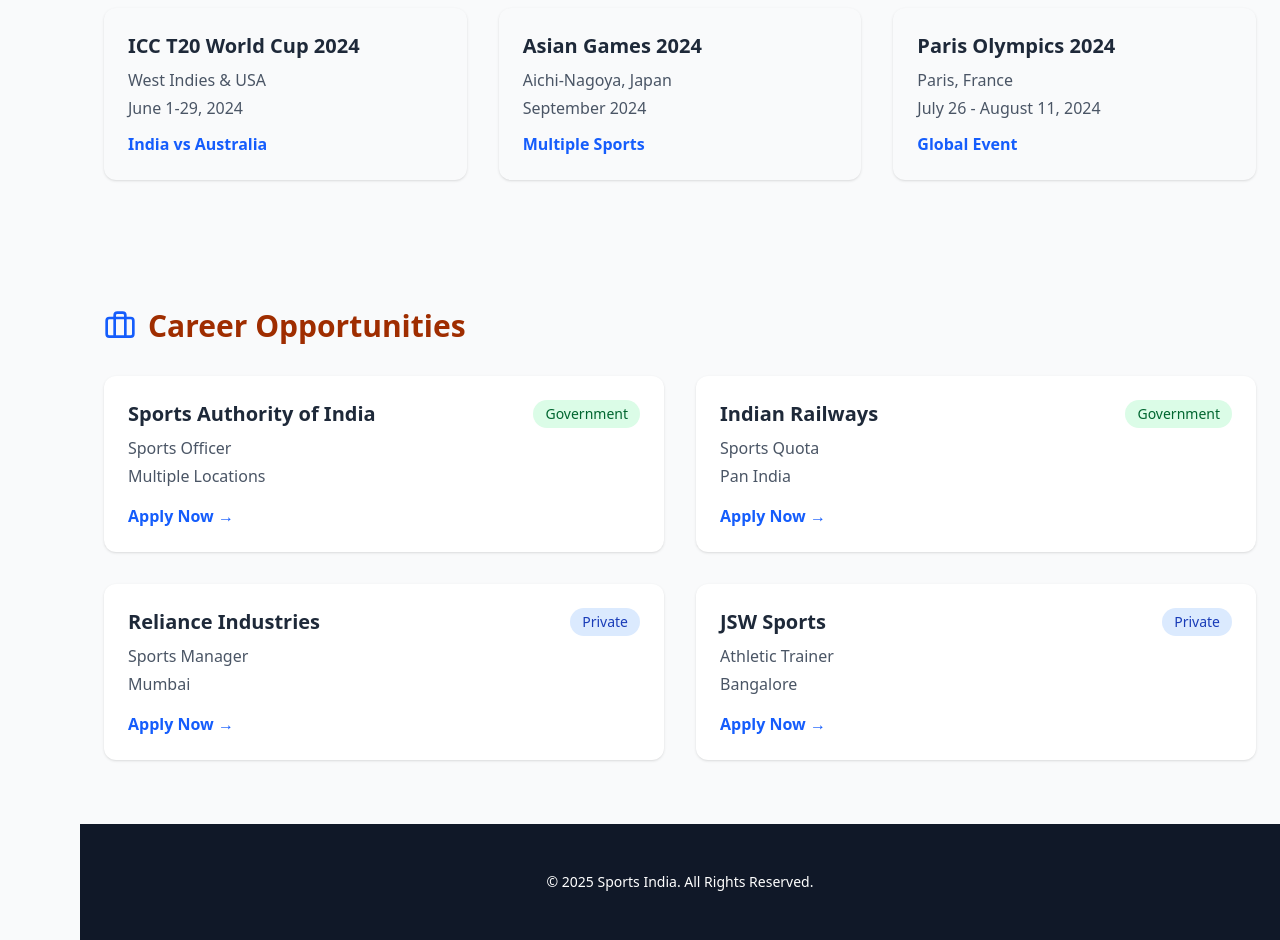
Repository: Shovon0004/Athlete
Page: / (app in Athlete/), after clicking the first element matching `button.hover\:bg-orange-700`
The author's editor kept a copy of each file at every save. The page is drawn from the files as they stood at one save, then again after a run of saves.
The browser window is 1280 px wide. The pictures show the part of the page from y = 724 to 1676 px (the page is 1664 px tall before and 1676 px after).
The project was rebuilt for these pictures with package versions that can differ from the ones it lists, and the page was loaded fresh each time. Also part of the build but not shown: Athlete/vite.config.js.

Above is the page before, as saved 2025-01-26 12:48:05.

### Athlete/src/App.jsx
import { useState } from 'react'
import SideNavbar from './components/SideNavbar'
import HeroPage from './components/HeroPage'

import './App.css'

function App() {


  return (
    <>
      <SideNavbar />
      <HeroPage />
    </>
  )
}

export default App

### Athlete/src/components/SideNavbar.jsx
import React, { useState } from 'react';
import {
  Home,
  User,
  BarChart2,
  Shield,
  DollarSign,
  Menu
} from 'lucide-react';

const SideNavbar = () => {
  const [isExpanded, setIsExpanded] = useState(false);

  const navItems = [
    { icon: Home, label: 'Dashboard', href: '/' },
    { icon: User, label: 'Athletes', href: '/athletes' },
    { icon: BarChart2, label: 'Performance', href: '/performance' },
    { icon: Shield, label: 'Injuries', href: '/injuries' },
    { icon: DollarSign, label: 'Financial', href: '/financial' }
  ];

  return (
    <div
      className={`h-screen bg-gray-900 text-white transition-all duration-300
        ${isExpanded ? 'w-64' : 'w-20'} fixed left-0 top-0 z-50`}
    >
      <div className="flex flex-col h-full">
        {/* Logo & Toggle */}
        <div className="flex items-center justify-between p-4  border-orange-700">
          {isExpanded && (
            <div className="text-xl font-bold">Athlete Hub</div>
          )}
          <button
            onClick={() => setIsExpanded(!isExpanded)}
            className="hover:bg-orange-700 p-2 rounded"
          >
            <Menu />
          </button>
        </div>

        {/* Navigation Items */}
        <nav className="flex-grow mt-4">
          <ul className="space-y-2">
            {navItems.map((item, index) => (
              <li key={index}>
                <a
                  href={item.href}
                  className={`flex items-center p-3 hover:bg-orange-700
                    ${isExpanded ? 'justify-start px-6' : 'justify-center'}`}
                >
                  <item.icon className="mr-4" />
                  {isExpanded && <span>{item.label}</span>}
                </a>
              </li>
            ))}
          </ul>
        </nav>
      </div>
    </div>
  );
};

export default SideNavbar;

### Athlete/src/components/HeroPage.jsx
import React from 'react';
import { ChevronLeft, ChevronRight, Medal, Calendar, Briefcase } from 'lucide-react';
import axios from 'axios';

import SportsPage from './SportsPage';

const schemes = [
  {
    title: "Khelo India Youth Games",
    description: "Supporting young athletes with annual scholarships of ₹5 lakhs",
    image: "https://images.unsplash.com/photo-1461896836934-ffe607ba8211?auto=format&fit=crop&q=80&w=2070"
  },
  {
    title: "Target Olympic Podium Scheme (TOPS)",
    description: "Elite athlete support program for Olympic preparation",
    image: "https://www.manoramayearbook.in/content/dam/yearbook/learn/world/images/2020/mar/Olympics-2021.jpg"
  },
  {
    title: "National Sports Development Fund",
    description: "Financial assistance for sports infrastructure and training",
    image: "https://images.unsplash.com/photo-1517649763962-0c623066013b?auto=format&fit=crop&q=80&w=2070"
  }
];

const upcomingMatches = [
  {
    event: "ICC T20 World Cup 2024",
    location: "West Indies & USA",
    date: "June 1-29, 2024",
    teams: "India vs Australia"
  },
  {
    event: "Asian Games 2024",
    location: "Aichi-Nagoya, Japan",
    date: "September 2024",
    teams: "Multiple Sports"
  },
  {
    event: "Paris Olympics 2024",
    location: "Paris, France",
    date: "July 26 - August 11, 2024",
    teams: "Global Event"
  }
];

const jobOpportunities = [
  {
    company: "Sports Authority of India",
    position: "Sports Officer",
    type: "Government",
    location: "Multiple Locations"
  },
  {
    company: "Indian Railways",
    position: "Sports Quota",
    type: "Government",
    location: "Pan India"
  },
  {
    company: "Reliance Industries",
    position: "Sports Manager",
    type: "Private",
    location: "Mumbai"
  },
  {
    company: "JSW Sports",
    position: "Athletic Trainer",
    type: "Private",
    location: "Bangalore"
  }
];

function HeroPage() {
  const [currentScheme, setCurrentScheme] = React.useState(0);

  const nextScheme = () => {
    setCurrentScheme((prev) => (prev + 1) % schemes.length);
  };

  const prevScheme = () => {
    setCurrentScheme((prev) => (prev - 1 + schemes.length) % schemes.length);
  };


  return (
    <div className="min-h-screen bg-gray-50 pl-20 dark:bg-gray-900">
      {/* Hero Section with Schemes Slider */}
      <div className="relative h-[600px] overflow-hidden">
        <div
          className="absolute inset-0 transition-transform duration-500 ease-in-out"
          style={{
            backgroundImage: `url(${schemes[currentScheme].image})`,
            backgroundSize: 'cover',
            backgroundPosition: 'center',
          }}
        >
          <div className="absolute inset-0  bg-opacity-50">
            <div className="container mx-auto px-6 h-full flex items-center">
              <div className="text-white max-w-3xl">
                <h1 className="text-5xl font-bold mb-4">{schemes[currentScheme].title}</h1>
                <p className="text-xl mb-8">{schemes[currentScheme].description}</p>
                <button className="bg-orange-700 hover:bg-orange-800 text-white px-8 py-3 rounded-lg font-semibold">
                  Learn More
                </button>
              </div>
            </div>
          </div>
        </div>
        <button
          onClick={prevScheme}
          className="absolute left-4 top-1/2 -translate-y-1/2 bg-white/30 p-2 rounded-full hover:bg-white/50 transition-colors"
        >
          <ChevronLeft className="w-6 h-6 text-white" />
        </button>
        <button
          onClick={nextScheme}
          className="absolute right-4 top-1/2 -translate-y-1/2 bg-white/30 p-2 rounded-full hover:bg-white/50 transition-colors"
        >
          <ChevronRight className="w-6 h-6 text-white" />
        </button>
      </div>

      {/* Upcoming Matches Section */}
      <section className="py-16 ">
        <div className="container mx-auto px-6">
          <div className="flex items-center mb-8">
            <Calendar className="w-8 h-8 text-blue-600 mr-3" />
            <h2 className="text-3xl font-bold text-orange-800">Upcoming Matches</h2>
          </div>
          <div className="grid md:grid-cols-3 gap-8">
            {upcomingMatches.map((match, index) => (
              <div key={index} className="bg-gray-50 rounded-xl p-6 shadow-sm hover:shadow-md transition-shadow">
                <h3 className="text-xl font-semibold text-gray-800 mb-2">{match.event}</h3>
                <p className="text-gray-600 mb-1">{match.location}</p>
                <p className="text-gray-600 mb-3">{match.date}</p>
                <p className="text-blue-600 font-semibold">{match.teams}</p>
              </div>
            ))}
          </div>
        </div>
      </section>

      {/* Career Opportunities Section */}
      <section className="py-16 bg-gray-50 dark:bg-gray-900">
        <div className="container mx-auto px-6 ">
          <div className="flex items-center mb-8 ">
            <Briefcase className="w-8 h-8 text-blue-600 mr-3" />
            <h2 className="text-3xl font-bold text-orange-800">Career Opportunities</h2>
          </div>
          <div className="grid md:grid-cols-2 gap-8 ">
            {jobOpportunities.map((job, index) => (
              <div key={index} className="bg-white rounded-xl p-6 shadow-sm hover:shadow-md transition-shadow">
                <div className="flex justify-between items-start">
                  <div>
                    <h3 className="text-xl font-semibold text-gray-800 mb-2">{job.company}</h3>
                    <p className="text-gray-600 mb-1">{job.position}</p>
                    <p className="text-gray-600">{job.location}</p>
                  </div>
                  <span className={`px-3 py-1 rounded-full text-sm font-medium ${
                    job.type === 'Government' ? 'bg-green-100 text-green-800' : 'bg-blue-100 text-blue-800'
                  }`}>
                    {job.type}
                  </span>
                </div>
                <button className="mt-4 text-blue-600 font-semibold hover:text-blue-700">
                  Apply Now →
                </button>
              </div>
            ))}
          </div>
        </div>
      </section>
      <footer className="bg-gray-900 text-white py-8">
      {/* Footer Bottom */}
      <div className="bg-gray-900 text-center py-4">
        <p className="text-sm">© 2025 Sports India. All Rights Reserved.</p>
        </div>
        <SportsPage />
    </footer>
    </div>
  );
}

export default HeroPage;

### Athlete/src/components/SportsPage.jsx
import React from 'react'

export default function SportsPage() {
  return (
    <div>
      <div className='container'></div>
    </div>
  )
}

Loaded but not shown: Athlete/index.html (common file); Athlete/src/main.jsx (common file); Athlete/src/index.css (common file); Athlete/src/App.css (common file)

After the next 3 saves:
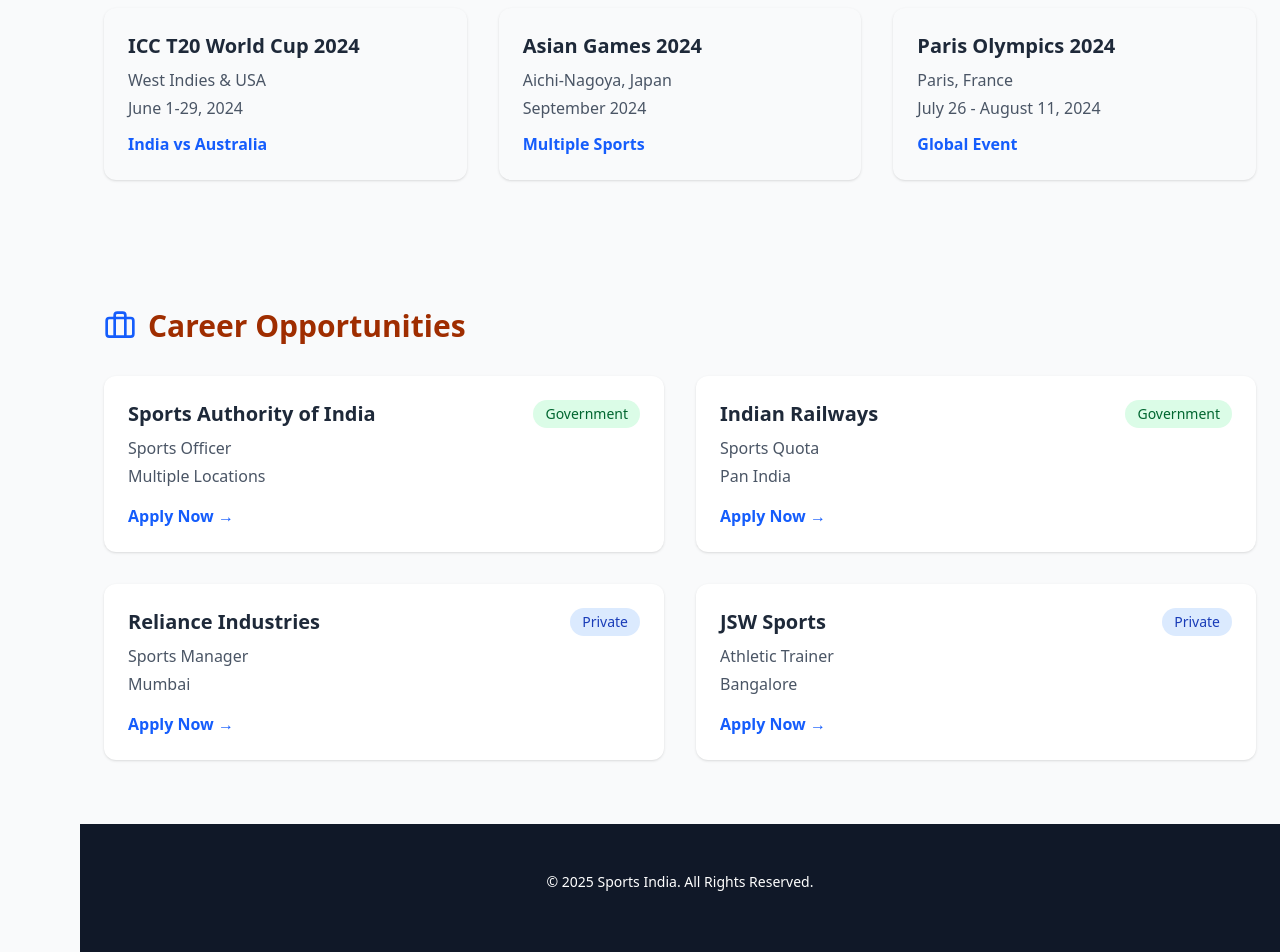
The 3 saves are shown as one change because they came seconds apart.
The last was saved 21 s later.
--- a/Athlete/src/components/SportsPage.jsx
+++ b/Athlete/src/components/SportsPage.jsx
@@ -3,7 +3,9 @@
 export default function SportsPage() {
   return (
     <div>
-      <div className='container'></div>
+      <div className='container my-3'>
+
+      </div>
     </div>
   )
 }
